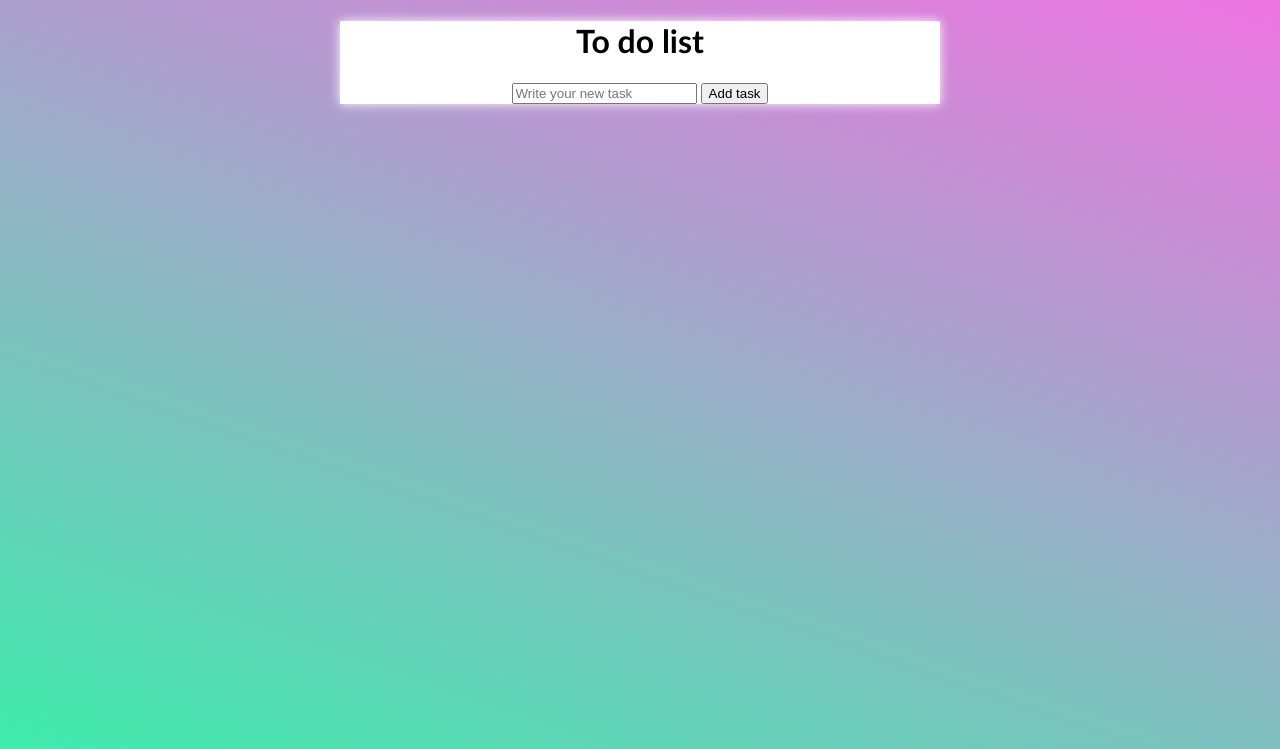
Repository: qtqqrdy13/to-do-list
Page: index.html
These files come from the project's save history. The page is drawn as it stood at one moment and after the next save; the edit follows.
The browser window is 1280 px wide. The pictures show the whole page.

Above is the page before, as saved 2023-10-30 15:25:40.

After the next save:
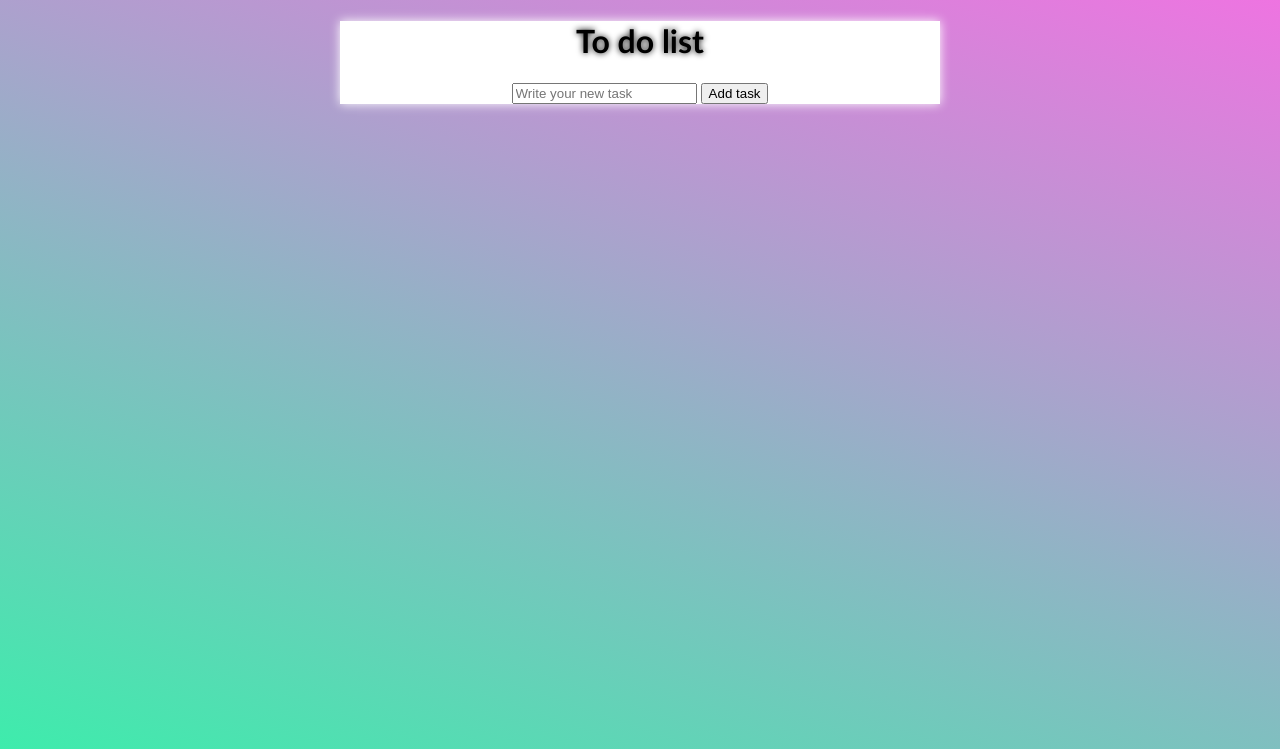
Saved 86 s later.
--- a/style.css
+++ b/style.css
@@ -14,7 +14,7 @@ body{
     background-color:white;
     box-shadow: 0 0 10px white;
 }
-#h1{
+h1{
     color:black;
     text-shadow:0 0 6px black;
 }
